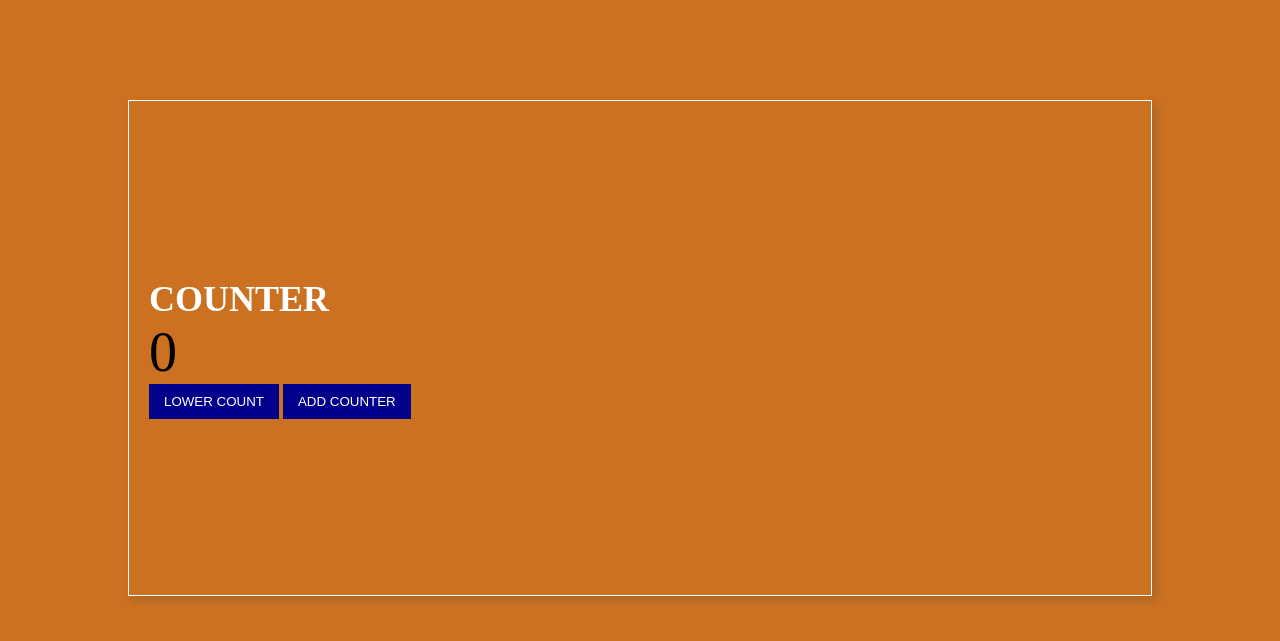
Repository: lusine-tech/counter
Page: index.html
The author's editor kept a copy of each file at every save. The page is drawn from the files as they stood at one save, then again after the next save.
The browser window is 1280 px wide. The pictures show the whole page.

Above is the page before, as saved 2022-02-14 17:07:54.

### index.html
<!DOCTYPE html>
<html lang="en">
<head>
    <meta charset="UTF-8">
    <meta http-equiv="X-UA-Compatible" content="IE=edge">
    <meta name="viewport" content="width=device-width, initial-scale=1.0">
    <link rel="stylesheet" href="style.css">
    <title>counter</title>
</head>
<body>
    <section class="background">
        <div class="block">
            <h3 class="title">Counter</h3>
            <p class="num">0</p>
    <div class="buttons">
       <button class="btn" id="btn-left">lower count</button>
       <button class="btn" id="btn-right">add Counter</button>
    </div>
    </div>
    </section>
   <script src="/script.js"></script>
</body>
</html>

### style.css
*{
    margin: 0;
    padding: 0;
    box-sizing: border-box;
}

.background {
    height: 100vh;
    width: 100vw;
    background-color: #cb7121;
    display: flex;
   justify-content: center;
   padding-top: 100px;
}

.block {
    display: flex;
    justify-content: center;
    flex-direction: column;
    height: 80%;
    width: 80%;
    border: 1px solid #fff;
    padding: 50px 20px;
    -webkit-box-shadow: 4px 4px 8px 0px rgba(34, 60, 80, 0.2);
-moz-box-shadow: 4px 4px 8px 0px rgba(34, 60, 80, 0.2);
box-shadow: 4px 4px 8px 0px rgba(34, 60, 80, 0.2);
}
.title {
    color: #fff;
    font-size: 36px;
    text-transform: uppercase;
}
.num {
    font-size: 56px;
}
.btn {
    padding: 10px 15px;
    color: #fff;
        cursor: pointer;
    transition: 0.5s ease;
    border: none;
    outline: none;
    background-color: #00008B;
    text-transform: uppercase;
}

Loaded but not shown: script.js (no copy from this time; the picture is the same without it)

After the next save:
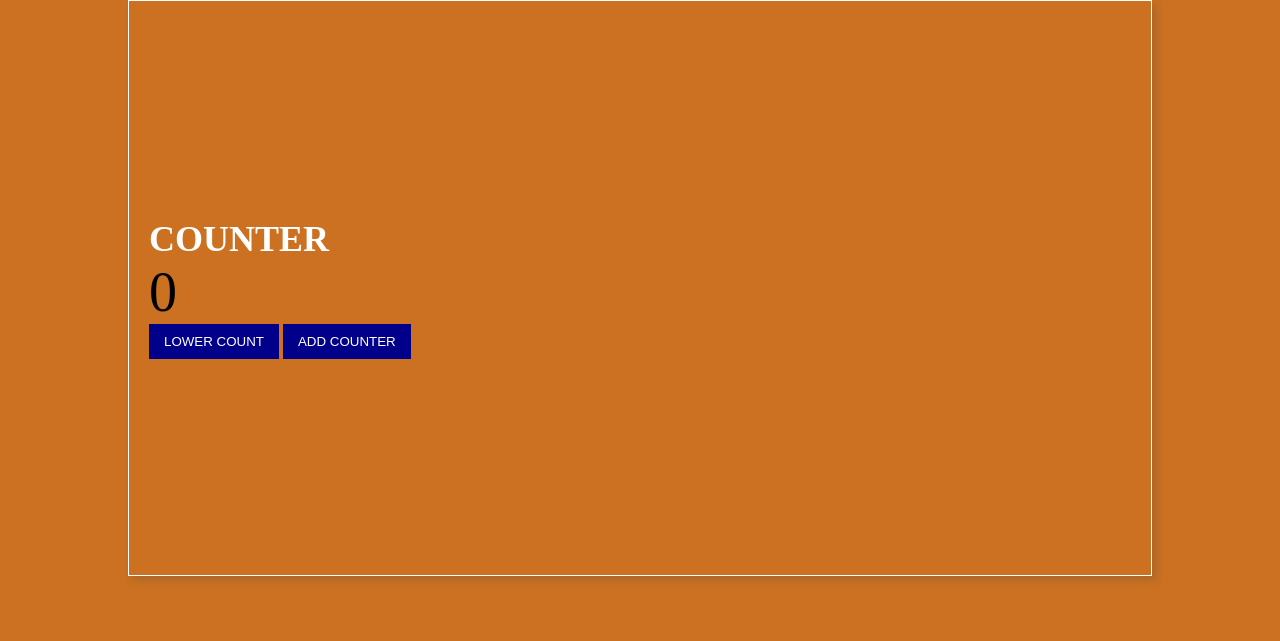
Saved 32 s later.
--- a/style.css
+++ b/style.css
@@ -10,7 +10,7 @@
     background-color: #cb7121;
     display: flex;
    justify-content: center;
-   padding-top: 100px;
+
 }
 
 .block {

After the save that followed:
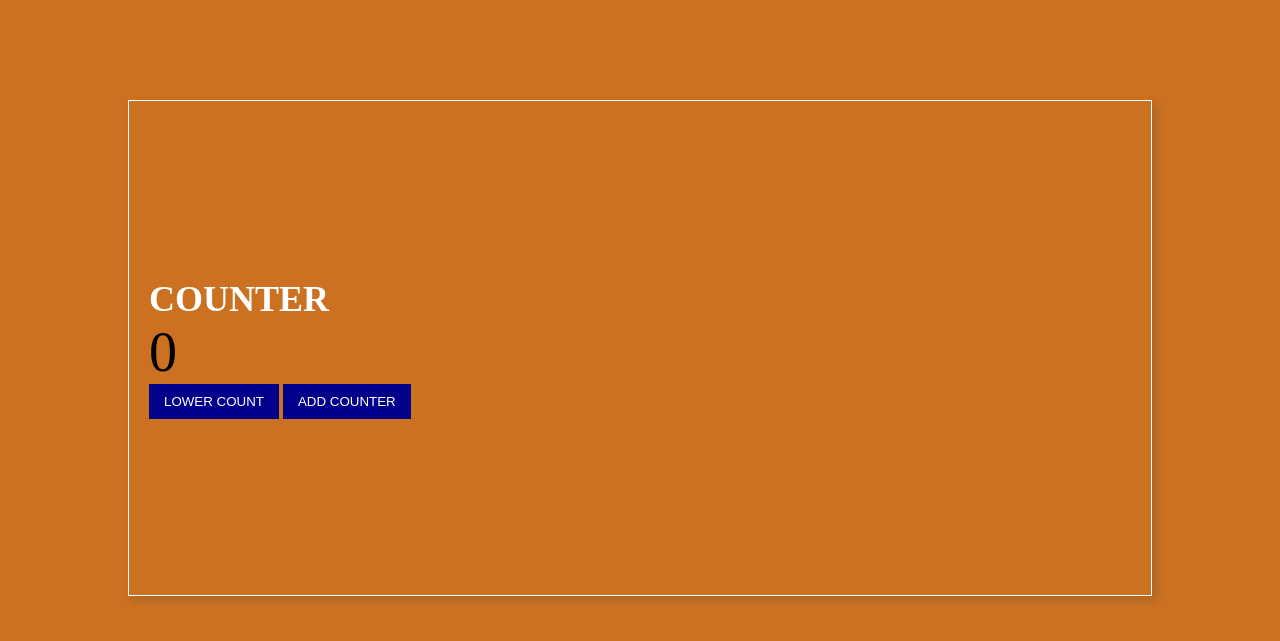
Saved 4 s later.
--- a/style.css
+++ b/style.css
@@ -10,7 +10,7 @@
     background-color: #cb7121;
     display: flex;
    justify-content: center;
-
+   padding-top: 100px;
 }
 
 .block {
